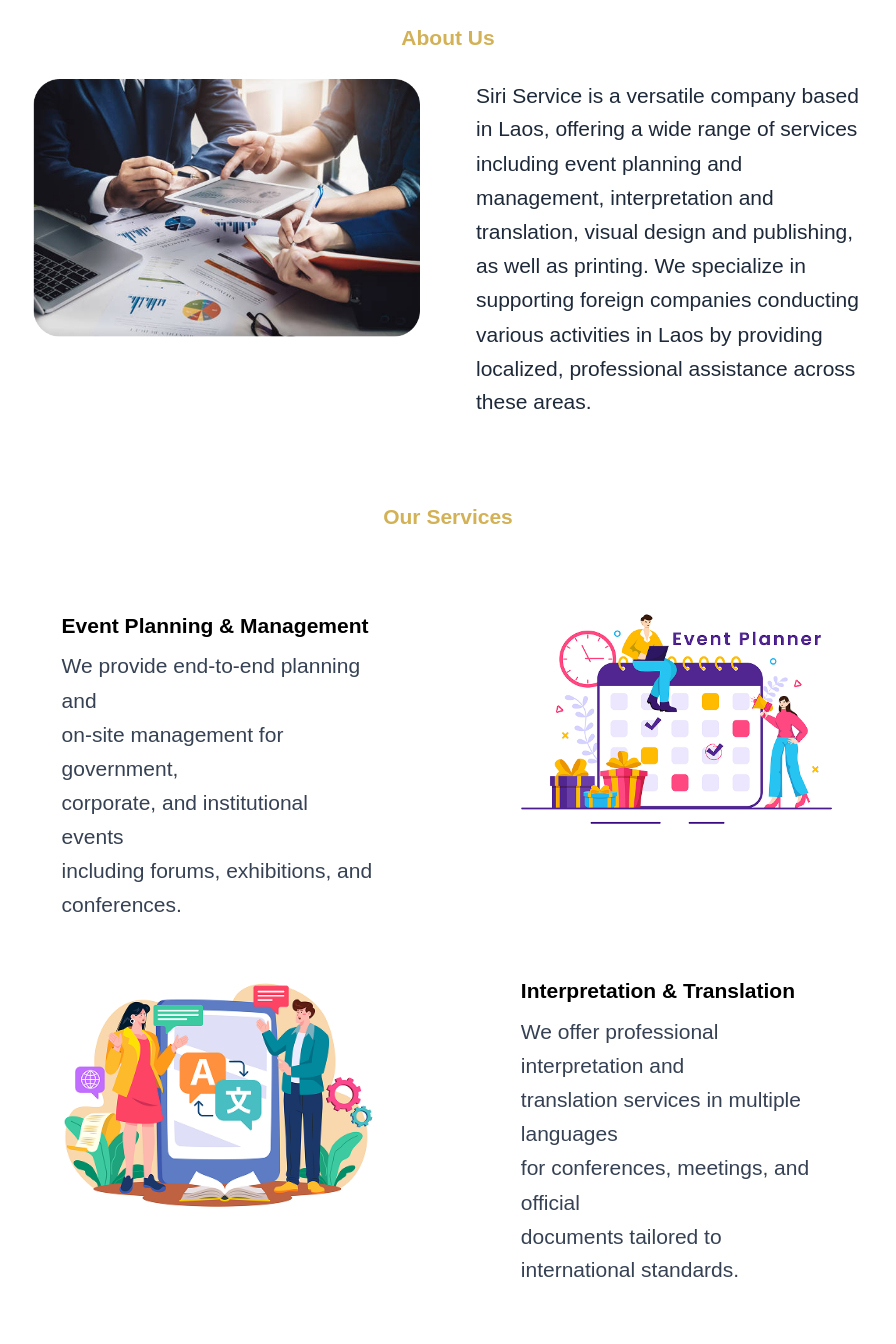
Repository: Phailin-teamplate/siri-service-web
Page: /
These files come from the project's save history. The page is drawn as it stood at one moment and after the next save; the edit follows.
The browser window is 1280 px wide. The pictures show the part of the page from y = 777 to 2697 px (the page is 2697 px tall), at 70% of full size.
The project was rebuilt for these pictures with package versions that can differ from the ones it lists, and the page was loaded fresh each time. The framework's server and built-in components were replaced by stand-ins that run in the browser. Also part of the build but not shown: next.config.ts.

Above is the page before, as saved 2025-07-02 15:08:58.

### src/app/layout.tsx
"use client";

import React, { useState, useEffect } from "react";
import { ArrowUpIcon } from "@heroicons/react/24/solid"; // Importing the arrow icon
// import { Geist, Geist_Mono } from "next/font/google";
// import { Inter, Noto_Sans_Lao } from "next/font/google";
import "./globals.css";
import Navbar from "@/src/components/navbar";

// const inter = Inter({ subsets: ["latin"] });
// const notoSansLao = Noto_Sans_Lao({ subsets: ["lao"] });

// const geistSans = Geist({
//   variable: "--font-geist-sans",
//   subsets: ["latin"],
// });
// const geistMono = Geist_Mono({
//   variable: "--font-geist-mono",
//   subsets: ["latin"],
// });

export default function RootLayout({
  children,
}: Readonly<{
  children: React.ReactNode;
}>) {
  const [isVisible, setIsVisible] = useState(false);

  // Detect scroll position and show button when scrolling down
  const handleScroll = () => {
    if (window.scrollY > 300) {
      setIsVisible(true);
    } else {
      setIsVisible(false);
    }
  };

  useEffect(() => {
    window.addEventListener("scroll", handleScroll);
    return () => {
      window.removeEventListener("scroll", handleScroll);
    };
  }, []);

  const scrollToTop = () => {
    window.scrollTo({ top: 0, behavior: "smooth" });
  };

  return (
    <html lang="en">
      {/* <body
        className={`${geistSans.variable} ${geistMono.variable} ${inter.className}  ${notoSansLao.className} antialiased`}
      > */}
      <body className="bg-white">
        <Navbar />
        {children}
        {/* <Footer /> */}

        {/* Popup Button with Icon for Scrolling to Top */}
        {isVisible && (
          <button
            onClick={scrollToTop}
            className="fixed bottom-2 right-5 md:bottom-5 md:right-10 bg-blue-500 text-white p-2 md:p-4 rounded-full shadow-lg hover:bg-blue-600 focus:outline-none transition-transform transform hover:scale-110"
          >
            {/* Heroicon Arrow Up Icon */}
            <ArrowUpIcon className="h-5 w-5 md:h-6 md:w-6" />
          </button>
        )}
      </body>
    </html>
  );
}

### src/app/page.tsx
import React from "react";
import Homepage from "@/src/components/Homepage";
import About from "@/src/components/About";
import Service from "@/src/components/Service";

export const metadata = {
  title: "About | TEAMPLATE",
  description:
    "Learn about TEAMPLATE — our story, mission, team, and values that drive our innovation.",
  keywords: ["teamplate", "about", "our story", "mission", "values", "team"],
  openGraph: {
    title: "About | TEAMPLATE",
    description:
      "Discover TEAMPLATE's story, mission, and the people behind our success.",
    url: "https://yourdomain.com/about",
    siteName: "TEAMPLATE",
    images: [
      {
        url: "https://yourdomain.com/images/about-og.jpg", // ✅ Replace with actual path
        width: 1200,
        height: 630,
        alt: "About TEAMPLATE",
      },
    ],
    locale: "en_US",
    type: "website",
  },
};

export default function Home() {
  return (
    <section className="w-full" id="about">
      <Homepage/>
      <About/>
      <Service/>
    </section>
  );
}

### src/components/navbar.tsx
import { useState, useCallback, useEffect } from "react";
import Image from "next/image";
import { Menu, X } from "lucide-react";
import Logo from "@/public/logo/Siri Service.png";

export default function Navbar() {
  const [isOpen, setIsOpen] = useState(false);

  // Function for smooth scrolling
  const handleSmoothScroll = useCallback((targetId: string) => {
    setIsOpen(false); // Close the sidebar

    if (targetId === "/") {
      window.scrollTo({ top: 0, behavior: "smooth" });
    } else {
      const targetElement = document.querySelector(targetId);
      if (targetElement) {
        targetElement.scrollIntoView({ behavior: "smooth" });
      }
    }
  }, []);

  const [isScrolled, setIsScrolled] = useState(false);

  // Detect scroll to change navbar background
  useEffect(() => {
    const handleScroll = () => {
      const scrollTop = window.scrollY;
      setIsScrolled(scrollTop > 10); // Trigger when scrolled 10px
    };

    window.addEventListener("scroll", handleScroll);

    return () => window.removeEventListener("scroll", handleScroll);
  }, []);

  return (
    <div className="w-full sticky top-0 z-50 bg-white shadow-md">
      <nav className="flex items-center justify-between px-6 py-3">
        {/* Logo */}
        <button
          onClick={() => handleSmoothScroll("/")}
          className="p-0 border-none bg-transparent active:opacity-80"
        >
          <Image
            className="w-20 sm:w-20 md:w-30 lg:w-30 xl:w-30 2xl:w-30 h-auto"
            src={Logo}
            alt="Appstore"
            priority
          />
        </button>

        {/* Desktop Links */}
        <div className="hidden md:flex gap-6">
          <button
            onClick={() => handleSmoothScroll("#about")}
            className="hover:text-blue-600 hover:underline transition-colors text-black duration-200 cursor-pointer"
          >
            About
          </button>
          <button
            onClick={() => handleSmoothScroll("#services")}
            className="hover:text-blue-600 hover:underline transition-colors text-black duration-200 cursor-pointer"
          >
            Services
          </button>
          <button
            onClick={() => handleSmoothScroll("#contact")}
            className="hover:text-blue-600 hover:underline transition-colors text-black duration-200 cursor-pointer"
          >
            Contact
          </button>
        </div>

        {/* Mobile Menu Button */}
        <button
          className="md:hidden focus:outline-none"
          onClick={() => setIsOpen(!isOpen)}
          aria-label="Toggle Menu"
        >
          {isOpen ? <X size={28} /> : <Menu size={28} />}
        </button>
      </nav>

      {/* Overlay (Closes menu when clicked) */}
      {isOpen && (
        <div
          className="fixed inset-0 z-40"
          onClick={() => setIsOpen(false)}
        ></div>
      )}

      {/* Mobile Sidebar */}
      <div
        className={`fixed top-0 right-0 h-full w-64 bg-white shadow-2xl p-6 flex flex-col transition-transform ${
          isOpen ? "translate-x-0" : "translate-x-full"
        } duration-300 ease-in-out z-50`}
      >
        {/* Sidebar Header */}
        <div className="flex justify-between items-center pb-4 mt-1">
          <h3 className="text-black text-2xl font-semibold">Menu</h3>
          <button
            className="text-black text-3xl font-bold focus:outline-none"
            onClick={() => setIsOpen(false)}
            aria-label="Close Menu"
          >
            <X size={28} />
          </button>
        </div>

        {/* Sidebar Links */}
        <div className="flex flex-col items-start gap-4 pb-4">
          <button
            onClick={() => handleSmoothScroll("#about")}
            className="hover:text-blue-600 hover:underline transition-colors duration-200 cursor-pointer"
          >
            About
          </button>
          <button
            onClick={() => handleSmoothScroll("#services")}
            className="hover:text-blue-600 hover:underline transition-colors duration-200 cursor-pointer"
          >
            Services
          </button>
          <button
            onClick={() => handleSmoothScroll("#contact")}
            className="hover:text-blue-600 hover:underline transition-colors duration-200 cursor-pointer"
          >
            Contact
          </button>
        </div>
      </div>
    </div>
  );
}

### src/components/Homepage.tsx
import Image from "next/image";
import BgSiri from "@/public/bg-siri.png";
import type { Metadata } from "next";

export const metadata: Metadata = {
  title: "SiriService | About Us",
  description: "We are a Laos-based IT startup aiming for the global market.",
};

export default function Homepage() {
  return (
    <div className="flex flex-col ">
      <div className="flex justify-center">
        <div className="relative w-full h-[400px] xs:h-[600px] sm:h-[650px] md:h-[700px] lg:h-[700px]">
          {/* Background Image */}
          <Image src={BgSiri} alt="StartUp" fill className="object-cover" />

          {/* Gradient Overlay */}
          <div className="absolute inset-0 bg-black/60 z-10" />

          {/* Centered Content */}
          <div className="absolute inset-0 z-20 flex flex-col items-center justify-center text-center px-4">
            <div className="mb-4 sm:mb-4">
              <p className="text-white text-sm xs:text-base sm:text-xl md:text-3xl font-medium">
                Total Business Support Service in Laos
              </p>
            </div>
            <h1 className="text-white text-4xl xs:text-5xl sm:text-6xl md:text-7xl lg:text-8xl font-bold">
              SIRI SERVICE
            </h1>
          </div>
        </div>
      </div>


    </div>
  );
}

### src/components/About.tsx
"use client";

import Image from "next/image";
import AboutSV from "@/public/About.png";
import type { Metadata } from "next";

export const metadata: Metadata = {
  title: "Teamplate",
  description: "We are a Laos-based IT startup aiming for the global market.",
};

export default function About() {
  return (
    <div className="w-full bg-white px-6 md:px-12 py-10" id="about">
      {/* Section Title */}
      <div className="text-center flex justify-center md:text-left mb-10">
        <h2 className="text-2xl md:text-3xl font-extrabold text-[#D3B156]">
          About Us
        </h2>
      </div>

      {/* Content: Image + Text */}
      <div className="flex flex-col md:flex-row items-start justify-center gap-12 md:gap-20">
  {/* Image */}
  <div className="w-full max-w-[660px] ">
    <Image
      src={AboutSV}
      alt="About"
    width={500}
            height={300}
      className="object-cover w-full h-auto rounded-xl"
      priority
    />
  </div>

  {/* Text */}
  <div className="w-full max-w-[720px] text-center md:text-left">
    <p className="text-3xl font-medium leading-relaxed text-gray-800">
      Siri Service is a versatile company based in Laos, offering a wide range of
      services including event planning and management, interpretation and
      translation, visual design and publishing, as well as printing. We specialize
      in supporting foreign companies conducting various activities in Laos by
      providing localized, professional assistance across these areas.
    </p>
  </div>
</div>

    </div>
  );
}

### src/components/Service.tsx
"use client";

import Image from "next/image";
import type { Metadata } from "next";
import Service1 from "@/public/service/service1.png";
import Service2 from "@/public/service/service2.png";

export const metadata: Metadata = {
  title: "Teamplate",
  description: "We are a Laos-based IT startup aiming for the global market.",
};

export default function Service() {
  return (
    <div className="w-full bg-white px-6 md:px-12 py-20" id="service">
      {/* Section Title */}
      <div className="text-center flex justify-center md:text-left mb-30">
        <h2 className="text-2xl md:text-3xl font-extrabold text-[#D3B156]">
          Our Services
        </h2>
      </div>
<div className="w-full max-w-7xl mx-auto px-4 sm:px-6 lg:px-10 space-y-20">
  {/* Service 1 */}
  <div className="flex flex-col md:flex-row items-start justify-between gap-6 md:gap-5">
    {/* Text */}
    <div className="w-full md:w-1/2 max-w-md text-center md:text-left">
      <h1 className="text-black text-3xl md:text-3xl font-semibold mb-4">
        Event Planning & Management
      </h1>
      <p className="text-gray-700 text-3xl md:text-3xl font-normal leading-relaxed">
        We provide end-to-end planning and<br />
        on-site management for government,<br />
        corporate, and institutional events<br />
        including forums, exhibitions, and<br />
        conferences.
      </p>
    </div>

    {/* Image */}
    <div className="w-full md:w-1/2 max-w-md">
      <Image
        src={Service1}
        alt="Service1"
        width={500}
        height={340}
        className="object-cover w-full h-auto rounded-xl"
        priority
      />
    </div>
  </div>

  {/* Service 2 */}
  <div className="flex flex-col md:flex-row items-start justify-between gap-6 md:gap-5">
    {/* Image */}
    <div className="w-full md:w-1/2 max-w-md">
      <Image
        src={Service2}
        alt="Service2"
        width={500}
        height={340}
        className="object-cover w-full h-auto rounded-xl"
        priority
      />
    </div>

    {/* Text */}
    <div className="w-full md:w-1/2 max-w-md text-center md:text-left">
      <h1 className="text-black text-3xl md:text-3xl font-semibold mb-4">
        Interpretation & Translation
      </h1>
      <p className="text-gray-700 text-3xl md:text-3xl font-normal leading-relaxed">
        We offer professional interpretation and<br />
        translation services in multiple languages<br />
        for conferences, meetings, and official<br />
        documents tailored to international standards.
      </p>
    </div>
  </div>
</div>

    </div>
  );
}

Loaded but not shown: src/app/globals.css (common file)

After the next save:
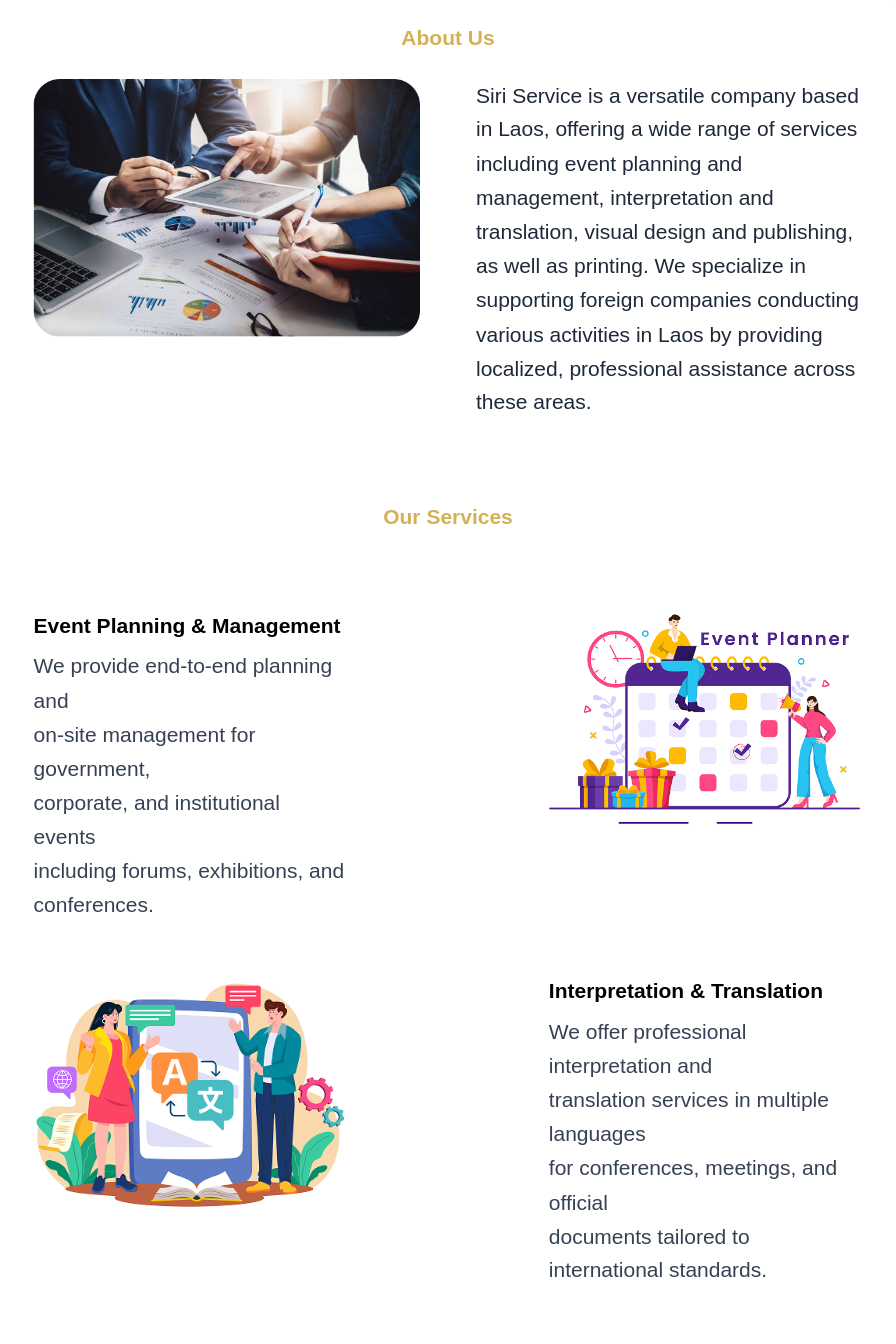
Saved 28 s later.
--- a/src/components/Service.tsx
+++ b/src/components/Service.tsx
@@ -19,7 +19,7 @@
           Our Services
         </h2>
       </div>
-<div className="w-full max-w-7xl mx-auto px-4 sm:px-6 lg:px-10 space-y-20">
+<div className="w-full max-w-7xl mx-auto  space-y-20">
   {/* Service 1 */}
   <div className="flex flex-col md:flex-row items-start justify-between gap-6 md:gap-5">
     {/* Text */}
